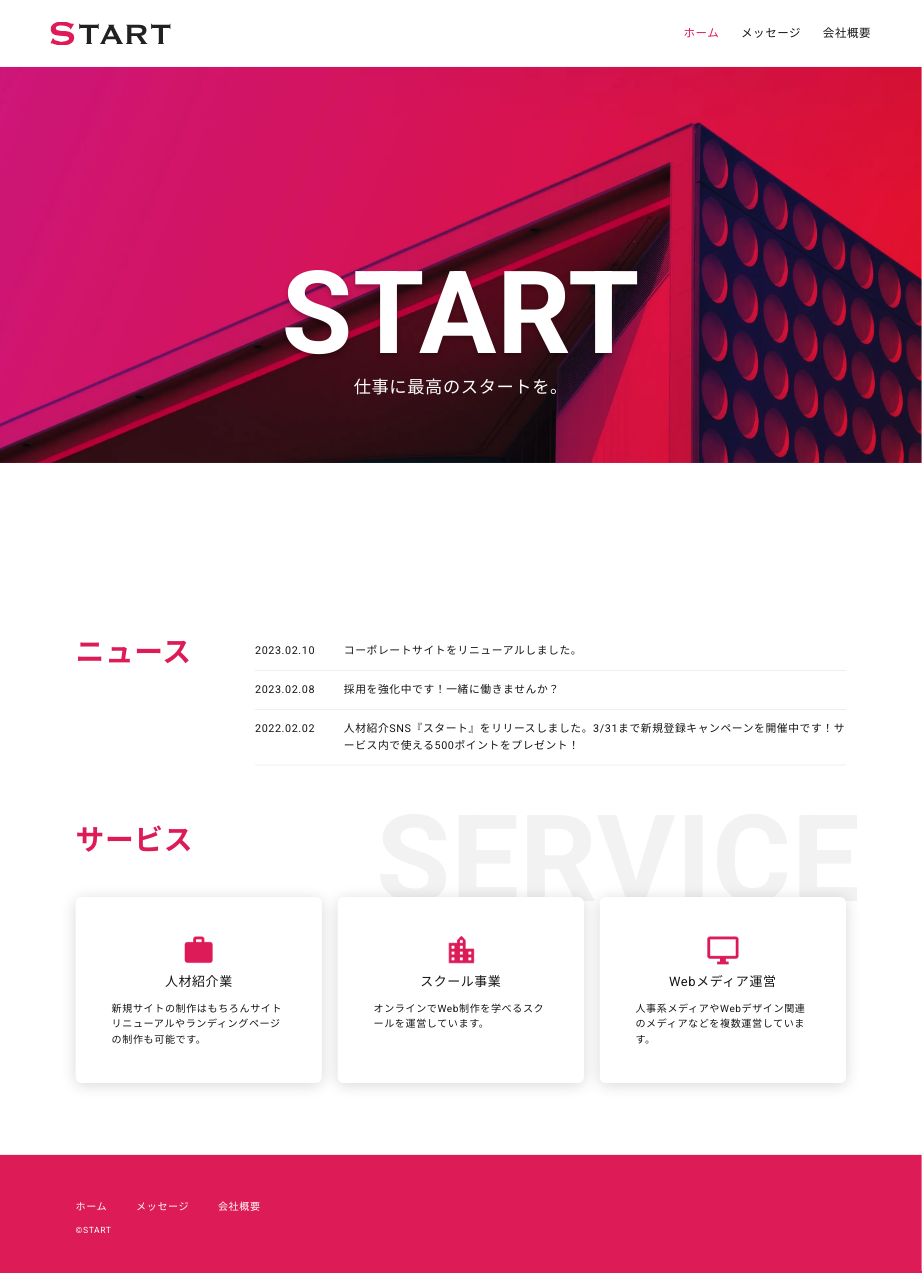
Repository: tetishi/tetishi.github.io
Page: index.html
The author's editor kept a copy of each file at every save. The page is drawn from the files as they stood at one save, then again after the next save.
The browser window is 1280 px wide. The pictures show the whole page, at 72% of full size.

Above is the page before, as saved 2023-07-15 16:48:47.

After the next save:
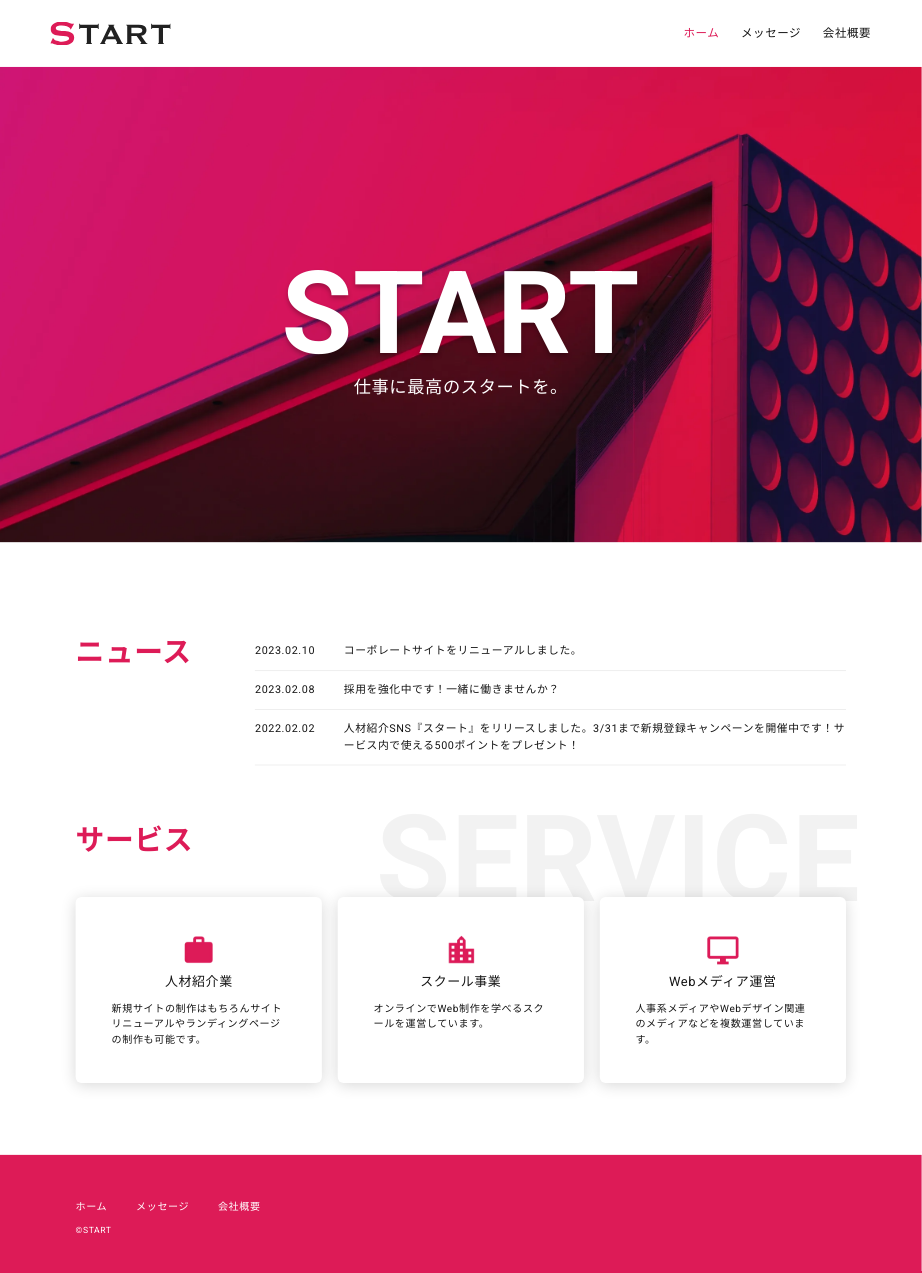
Saved 7 s later.
--- a/css/style.css
+++ b/css/style.css
@@ -72,7 +72,7 @@ a {
     position: relative;
 }
 .fv img {
-    height: calc();
+    height: calc(100vh - 60px);
     min-height: 550px;
     object-fit: cover;
 }
